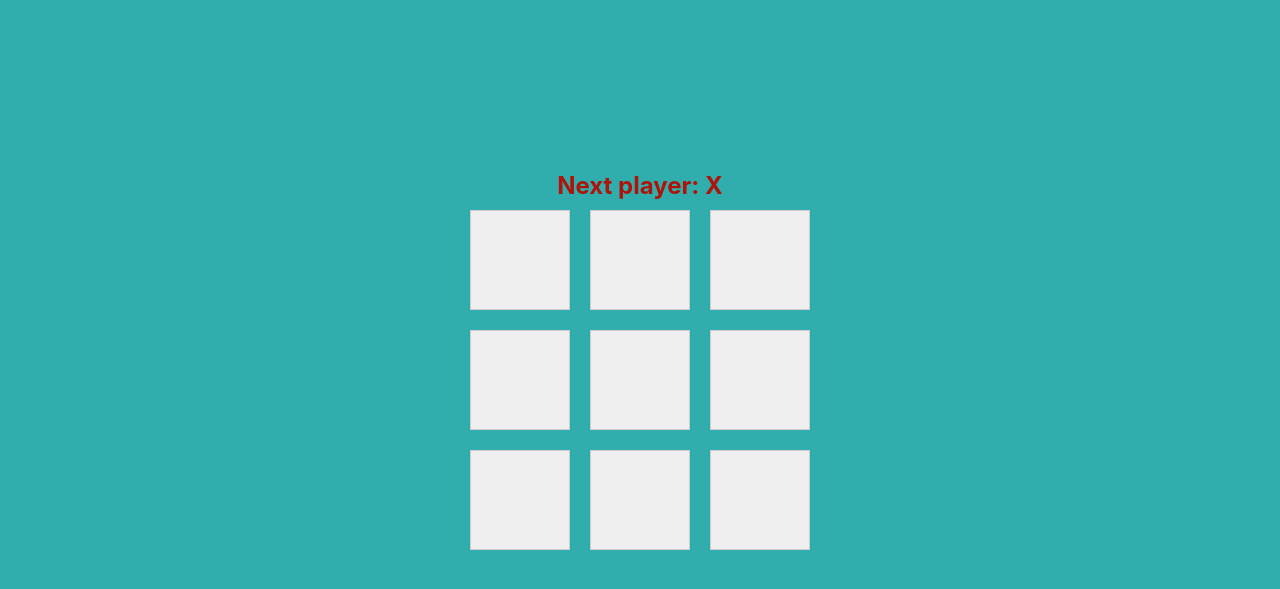
Repository: sedat-akdogan/React_Revision
Page: / (app in tic-tac-toe/)
An editor plug-in stored every save of this project. The page is shown before and after the next save, followed by the edit.
The browser window is 1280 px wide. The pictures show the whole page.
The project was rebuilt for these pictures with package versions that can differ from the ones it lists, and the page was loaded fresh each time.

Above is the page before, as saved 2023-05-13 00:54:24.

### tic-tac-toe/src/index.css
body {
    margin: 0;
    font-family: -apple-system, BlinkMacSystemFont, 'Segoe UI', 'Roboto', 'Oxygen',
        'Ubuntu', 'Cantarell', 'Fira Sans', 'Droid Sans', 'Helvetica Neue',
        sans-serif;
    -webkit-font-smoothing: antialiased;
    -moz-osx-font-smoothing: grayscale;
}

code {
    font-family: source-code-pro, Menlo, Monaco, Consolas, 'Courier New',
        monospace;
}

.main {
    display: flex;
    flex-direction: column;
    align-items: center;
    justify-content: center;
    height: 100vh;
    background-color: rgb(48, 174, 174);
}

.square {
    width: 100px;
    height: 100px;
    font-size: 50px;
    border: 1px solid #ccc;
    display: inline-block;
    justify-content: center;
    align-items: center;
    color: rgb(40, 106, 16);
}

.board-row {
    display: flex;
}

.board-row .square {
    margin: 10px;
}

.board-row:last-child .square {
    margin-bottom: 0;
}

.status {
    color: rgb(174, 20, 9);
    font-size: 24px;
    font-weight: bold;
}

### tic-tac-toe/src/App.js
import { useState } from 'react';


function Square({ value, onSquareClick }) {
    return (
        <button className="square" onClick={onSquareClick}>
            {value}
        </button>
    );
}

export default function Board() {
    const [xIsNext, setXIsNext] = useState(true);
    const [squares, setSquares] = useState(Array(9).fill(null));

    function handleClick(i) {
        if (squares[i] || calculateWinner(squares)) {
            return;
        }
        const nextSquares = squares.slice();
        if (xIsNext) {
            nextSquares[i] = 'X';
        } else {
            nextSquares[i] = 'O';
        }
        setSquares(nextSquares);
        setXIsNext(!xIsNext);
    }

    const winner = calculateWinner(squares);
    let status;
    if (winner) {
        status = "Winner: " + winner;
    } else {
        status = "Next player: " + (xIsNext ? "X" : "O");
    }

    return (
        <div className='main'>
            <div className="status">{status}</div>
            <div className="board-row">
                <Square value={squares[0]} onSquareClick={() => handleClick(0)} />
                <Square value={squares[1]} onSquareClick={() => handleClick(1)} />
                <Square value={squares[2]} onSquareClick={() => handleClick(2)} />
            </div>
            <div className="board-row">
                <Square value={squares[3]} onSquareClick={() => handleClick(3)} />
                <Square value={squares[4]} onSquareClick={() => handleClick(4)} />
                <Square value={squares[5]} onSquareClick={() => handleClick(5)} />
            </div>
            <div className="board-row">
                <Square value={squares[6]} onSquareClick={() => handleClick(6)} />
                <Square value={squares[7]} onSquareClick={() => handleClick(7)} />
                <Square value={squares[8]} onSquareClick={() => handleClick(8)} />
            </div>
        </div>
    );
}

function calculateWinner(squares) {
    const lines = [
        [0, 1, 2],
        [3, 4, 5],
        [6, 7, 8],
        [0, 3, 6],
        [1, 4, 7],
        [2, 5, 8],
        [0, 4, 8],
        [2, 4, 6]
    ];
    for (let i = 0; i < lines.length; i++) {
        const [a, b, c] = lines[i];
        if (squares[a] && squares[a] === squares[b] && squares[a] === squares[c]) {
            return squares[a];
        }
    }
    return null;
}

Loaded but not shown: tic-tac-toe/public/index.html (common file); tic-tac-toe/src/index.js (common file); tic-tac-toe/src/reportWebVitals.js (common file)

After the next save:
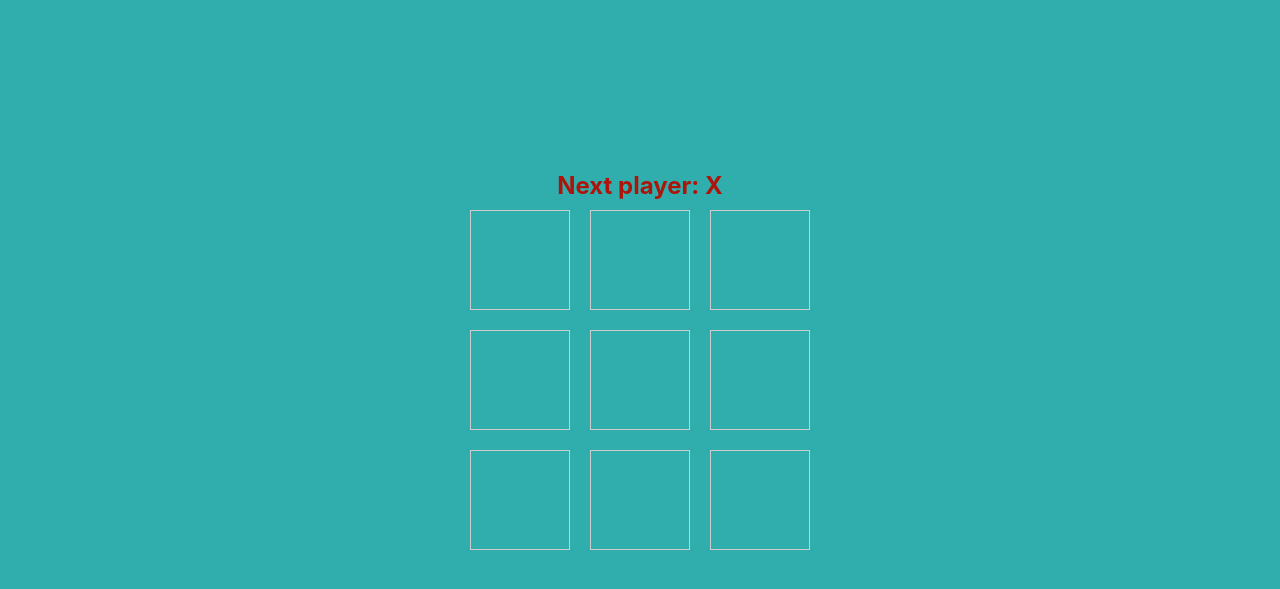
Saved 19 s later.
--- a/tic-tac-toe/src/index.css
+++ b/tic-tac-toe/src/index.css
@@ -29,7 +29,7 @@
     display: inline-block;
     justify-content: center;
     align-items: center;
-    color: rgb(40, 106, 16);
+    background-color: rgb(48, 174, 174);
 }
 
 .board-row {

After the save that followed:
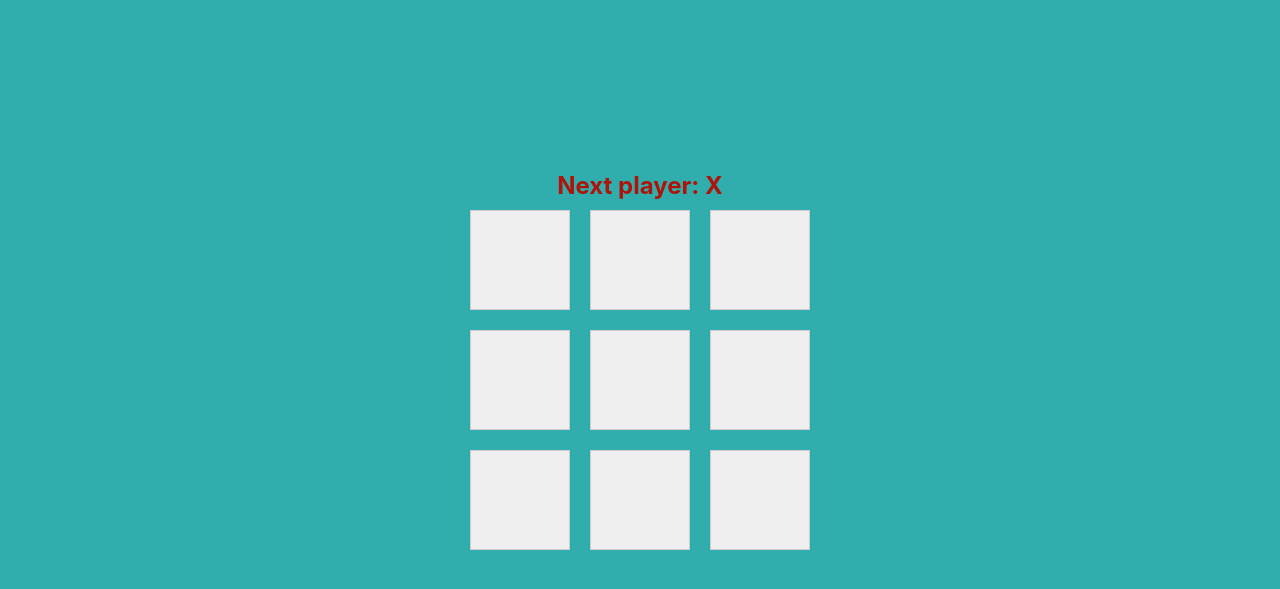
Saved 24 s later.
--- a/tic-tac-toe/src/index.css
+++ b/tic-tac-toe/src/index.css
@@ -29,7 +29,7 @@
     display: inline-block;
     justify-content: center;
     align-items: center;
-    background-color: rgb(48, 174, 174);
+    color: rgb(48, 174, 174);
 }
 
 .board-row {
